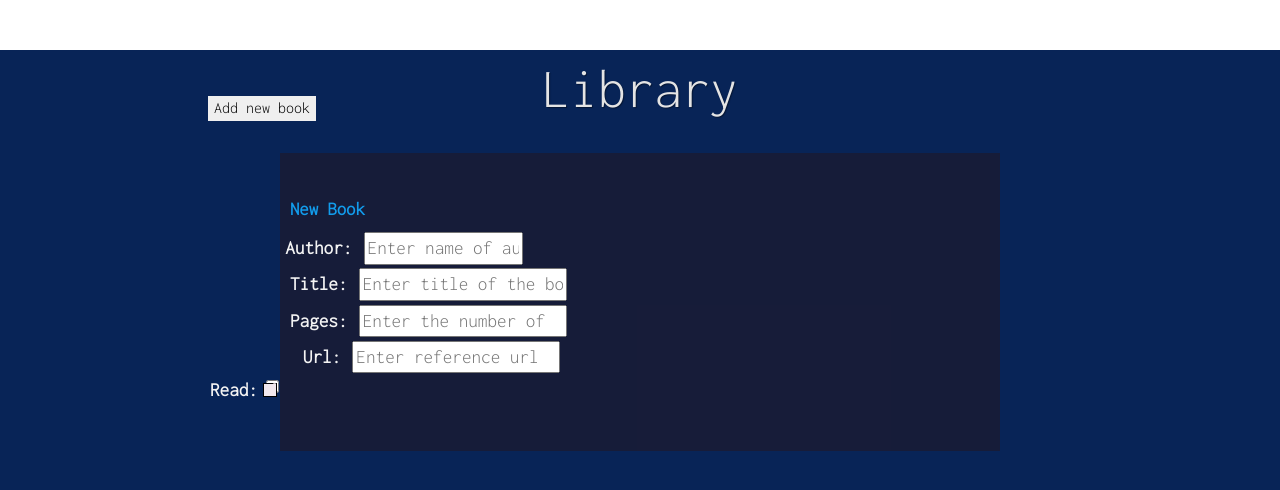
Repository: 0101chaitanya/Library
Page: index.html
The author's editor kept a copy of each file at every save. The page is drawn from the files as they stood at one save, then again after the next save.
The browser window is 1280 px wide. The pictures show the whole page.

Above is the page before, as saved 2021-06-03 18:05:57.

### index.html
<!DOCTYPE html>
<html>

<head>
    <meta charset="UTF-8">
    <link rel="stylesheet" type="text/css" href="styles.css">

</head>
<div id="container">

</div>

<body>
    <script type="text/javascript" src="script.js"></script>

</body>

</html>

### styles.css
  @import url('https://fonts.googleapis.com/css2?family=Inconsolata:wght@300&display=swap');
   :root {
      --color-white: #f3f3f3;
      --color-darkblue-alpha: rgba(27, 27, 50, 0.8);
      --color-green: #082457;
  }

  *,
  *::before,
  *::after {
      box-sizing: border-box;
  }

  body {
      font-family: 'Inconsolata', monospace;
      font-size: 1rem;
      font-weight: 1000;
      line-height: 1.4;
      color: var(--color-white);
      margin: 0;
  }

  body::before {
      content: '';
      position: fixed;
      height: 100%;
      width: 100%;
      z-index: -1;
      background: var(--color-green);
  }

  header {
      font-weight: 400;
      font-size: 3.5rem;
      margin-top: 0rem;
      text-shadow: 1px 1px 1px rgba(0, 0, 0, 0.4);
      color: #e4e4e4;
      text-align: center;
  }

  label {
      display: flex;
      align-items: center;
      font-size: 1.2rem;
  }

  input,
  button {
      margin: 0;
      font-size: inherit;
      font-family: inherit;
      line-height: inherit;
  }

  button {
      border: none;
  }

  #container {
      width: 100%;
      margin: 3.125rem auto 0 auto;
  }

  @media (min-width: 576px) {
      #container {
          max-width: 540px;
      }
  }

  @media (min-width: 768px) {
      #container {
          max-width: 720px;
      }
  }
  /*
  @media (max-width: 400px) {
       :root {
          font-size: 7px;
      }
  }

  @media (min-width: 401px) and (max-width: 799px) {
       :root {
          font-size: 16px;
      }
  }

  @media (min-width: 800px) {
       :root {
          font-size: 24px;
      }
  }

  @media (min-width: 1000px) {
       :root {
          font-size: 26px;
      }
  }
   */

  #newBookButton {
      position: relative;
      left: 20%;
      top: -2rem;
      left: -4.5rem;
  }

  form {
      background: var(--color-darkblue-alpha);
      padding: 2.5rem 0.625rem;
  }

  h3 {
      position: relative;
      margin-left: 0;
      top: -1rem;
      color: rgb(18, 156, 236);
  }

  #author {
      position: relative;
      margin-bottom: 0.2rem;
      top: -1.5rem;
      left: -0.3rem;
      max-width: fit-content;
  }

  #title,
  #pages {
      position: relative;
      margin-bottom: 0.2rem;
      max-width: auto;
      top: -1.5rem;
  }

  #url {
      position: relative;
      margin-bottom: 0.2rem;
      left: 0.8rem;
      max-width: auto;
      top: -1.5rem;
  }

  #read {
      position: relative;
      margin-bottom: 0.2rem;
      right: 5.0rem;
      top: -1.5rem;
      margin-bottom: -1rem;
  }

  #authorInput {
      position: relative;
      right: -0.70rem;
      max-width: 58.0%;
  }

  #titleInput,
  #pagesInput {
      position: relative;
      right: -0.7rem;
      max-width: 60%;
  }

  #urlInput {
      position: relative;
      right: -0.7rem;
      max-width: 65.5%;
  }

  #readInput {
      position: relative;
      right: -0.5rem;
      margin-bottom: 0.4rem;
  }

  .checkMark {
      position: relative;
      display: inline-flex;
      justify-content: center;
      align-items: center;
      left: -0.5rem;
      height: 0.9rem;
      width: 0.9rem;
      border-color: black;
      border-style: solid;
      border-width: 0.01rem;
      color: rgb(241, 232, 237);
      background: rgb(241, 232, 237);
  }

  #readInput:checked~.checkMark {
      color: rgb(26, 28, 43);
      background: rgb(235, 225, 230);
  }

### script.js
let heading = document.createElement("header");
heading.textContent = 'Library';
container = document.getElementById("container");
container.appendChild(heading);
let newBook = document.createElement('button');
newBook.id = 'newBookButton';
newBook.textContent = 'Add new book';
container.appendChild(newBook);
let form = document.createElement('form');
h3 = document.createElement('h3');
form.appendChild(h3);

function createElmt(labelName, labelId, tipe, labelTextContent, inputId, inpId, req, place, checkMk) {
    labelName = document.createElement('label');
    labelName.textContent = labelTextContent;
    labelName.id = labelId;
    labelName.htmlFor = inputId;
    inputId = document.createElement('input');
    inputId.type = tipe;
    inputId.id = inpId;
    inputId.required = req;
    inputId.placeholder = place;
    if (inputId.type == 'text') {
        inputId.classList.add('textBox');
    }
    labelName.appendChild(inputId);
    if (checkMk == 'read') {
        let span = document.createElement('span');
        span.className = 'checkMark';
        span.innerHTML = '&#10003';


        labelName.appendChild(span);
    }
    form.appendChild(labelName);
}
h3.textContent = `New Book`;
createElmt('author', 'author', 'text', 'Author:', 'authorInput', 'authorInput', true, 'Enter name of author');
createElmt('title', 'title', 'text', 'Title:', 'titleInput', 'titleInput', true, 'Enter title of the book');
createElmt('pages', 'pages', 'number', 'Pages:', 'pagesInput', 'pagesInput', true, 'Enter the number of pages');
createElmt('url', 'url', 'text', 'Url:', 'urlInput', 'urlInput', false, 'Enter reference url');

createElmt('read', 'read', 'checkbox', 'Read:', 'readInput', 'readInput', false, null, 'read');
console.log('author'.id);

container.appendChild(form);
/*
let author = document.createElement('label');
author.textContent = 'Author :';
author.htmlFor = 'authorInput';
let authorInput = document.createElement('input');
authorInput.id = 'authorInput';
author.appendChild(authorInput);
document.body.appendChild(author);
 */


function setBookObj(author, title, pages, readStatus, refUrl) {
    this.author = author;
    this.title = title;
    this.pages = pages;
    this.readStatus = readStatus;
    this.refUrl = refUrl;
}

After the next save:
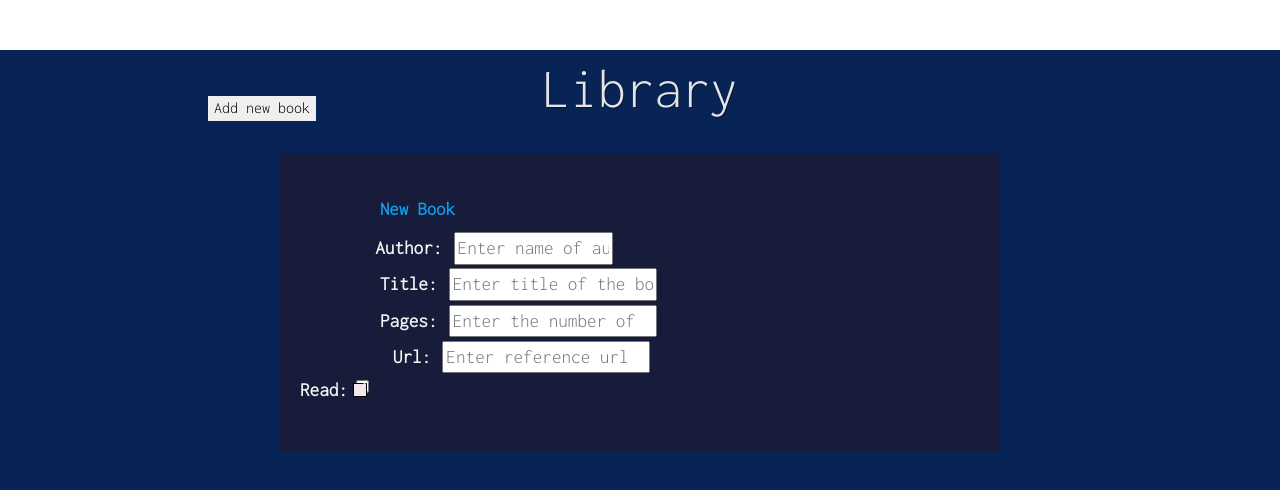
Saved 18 s later.
--- a/styles.css
+++ b/styles.css
@@ -107,7 +107,7 @@
 
   form {
       background: var(--color-darkblue-alpha);
-      padding: 2.5rem 0.625rem;
+      padding: 2.5rem 6.25rem;
   }
 
   h3 {
